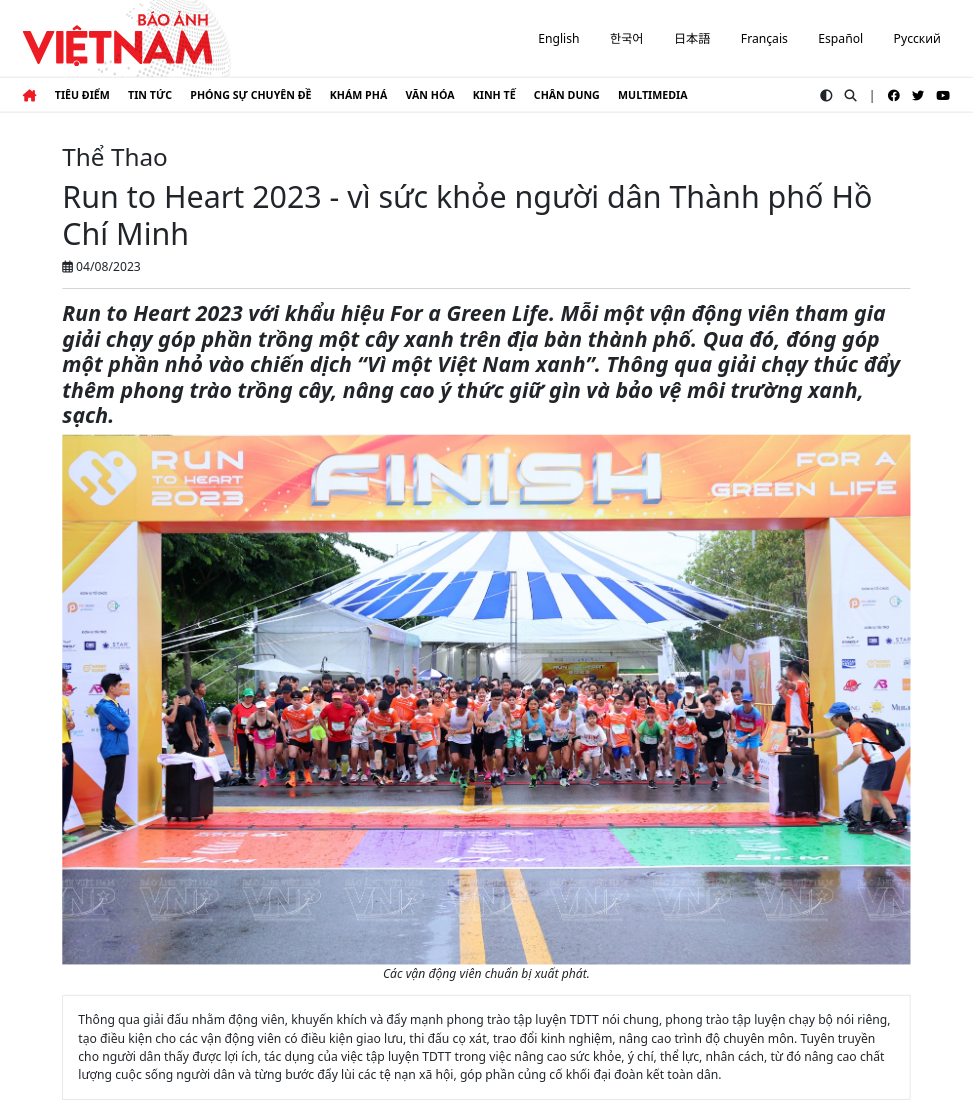
Repository: kietdotshp/webtintuc
Page: Detail.html
An editor plug-in stored every save of this project. The page is shown before and after the next save, followed by the edit.
The browser window is 1280 px wide. The pictures show the whole page, at 76% of full size.
Some web libraries are served in a nearby version.

Above is the page before, as saved 2023-08-10 16:20:50.

### Detail.html
<!DOCTYPE html>
<html lang="en">

<head>
    <title></title>
    <meta charset="UTF-8">
    <meta name="viewport" content="width=device-width, initial-scale=1">
    <link href="assets/css/detail.css" rel="stylesheet">
    <link href="https://cdn.jsdelivr.net/npm/bootstrap@5.3.1/dist/css/bootstrap.min.css" rel="stylesheet"
        integrity="sha384-4bw+/aepP/YC94hEpVNVgiZdgIC5+VKNBQNGCHeKRQN+PtmoHDEXuppvnDJzQIu9" crossorigin="anonymous">
    <link href="https://cdn.jsdelivr.net/npm/bootstrap@5.3.1/dist/css/bootstrap.min.css" rel="stylesheet"
        integrity="sha384-4bw+/aepP/YC94hEpVNVgiZdgIC5+VKNBQNGCHeKRQN+PtmoHDEXuppvnDJzQIu9" crossorigin="anonymous" />
    <script src="https://cdn.jsdelivr.net/npm/bootstrap@5.3.1/dist/js/bootstrap.bundle.min.js"></script>
    <script src="https://kit.fontawesome.com/a076d05399.js"></script>
    <link rel="stylesheet" href="https://cdnjs.cloudflare.com/ajax/libs/font-awesome/6.4.2/css/all.min.css"
        integrity="sha512-z3gLpd7yknf1YoNbCzqRKc4qyor8gaKU1qmn+CShxbuBusANI9QpRohGBreCFkKxLhei6S9CQXFEbbKuqLg0DA=="
        crossorigin="anonymous" referrerpolicy="no-referrer" />

    <link rel="stylesheet" href="https://cdnjs.cloudflare.com/ajax/libs/font-awesome/4.7.0/css/font-awesome.min.css" />
</head>

<header>
    <div class="container-custom">
        <section class="d-flex align-items-center justify-content-between">
            <!-- Web logo -->
            <figure class="web-logo">
                <img src="./assets/images/logo-vi.svg" alt="Logo" class="img-contain" />
            </figure>

            <div class="d-none d-lg-flex align-items-center gap-3">
                <a href="javascript:void(0)" class="choose-lang">English</a>
                <a href="javascript:void(0)" class="choose-lang">한국어</a>
                <a href="javascript:void(0)" class="choose-lang">日本語</a>
                <a href="javascript:void(0)" class="choose-lang">Français</a>
                <a href="javascript:void(0)" class="choose-lang">Español</a>
                <a href="javascript:void(0)" class="choose-lang">Русский</a>
            </div>

            <a class="mobile-menu d-lg-none" href="javascript:void(0)">
                <i class="fa-solid fa-bars-staggered fs-2"></i>
            </a>
        </section>
    </div>

    <div class="line-seperate-horizontal"></div>

    <div class="container-custom">
        <section class="d-flex align-items-center justify-content-between py-3 py-lg-0">
            <div class="d-flex align-items-center gap-4 gap-xxl-5">
                <a href="javascript:void(0)">
                    <i class="fa-solid fa-house-chimney color-primary"></i>
                </a>

                <div class="d-none d-lg-flex align-items-center gap-4 gap-xxl-5">
                    <a href="javascript:void(0)" class="menu-item">Tiêu điểm</a>
                    <a href="javascript:void(0)" class="menu-item">Tin tức</a>
                    <a href="javascript:void(0)" class="menu-item">Phóng sự chuyên đề</a>
                    <a href="javascript:void(0)" class="menu-item">Khám phá</a>
                    <a href="javascript:void(0)" class="menu-item">Văn hóa</a>
                    <a href="javascript:void(0)" class="menu-item">Kinh tế</a>
                    <a href="javascript:void(0)" class="menu-item">Chân dung</a>
                    <a href="javascript:void(0)" class="menu-item">Multimedia</a>
                </div>
            </div>

            <div class="d-flex align-items-center gap-3">
                <div class="d-flex align-items-center gap-3">
                    <div class="cursor-pointer">
                        <i class="fa-solid fa-circle-half-stroke"></i>
                    </div>
                    <div class="cursor-pointer">
                        <i class="fa-solid fa-magnifying-glass"></i>
                    </div>
                </div>

                <div class="d-lg-none d-xl-block">|</div>

                <div class="d-lg-none d-xl-flex align-items-center gap-3">
                    <a href="javascript:void(0)">
                        <i class="fa-brands fa-facebook-f"></i>
                    </a>
                    <a href="javascript:void(0)">
                        <i class="fa-brands fa-twitter"></i>
                    </a>
                    <a href="javascript:void(0)">
                        <i class="fa-brands fa-youtube"></i>
                    </a>
                </div>
            </div>
        </section>
    </div>
</header>
<div class="line-seperate-horizontal"></div>

<body>
    <div class="container">
        <div class="detailmenu">
            <h2>
                <link href="#" target="kiểu mở liên kết">Thể Thao</link>
            </h2>
            <h1>Run to Heart 2023 - vì sức khỏe người dân Thành phố Hồ Chí Minh</h1>
            <div class="timeline">
                <time>
                    <i class="fa-regular fa-calendar"></i>
                    04/08/2023
                </time>
            </div>
            <hr />
        </div>
        <div>
            <h3>
                <span class="title">Run to Heart 2023 với khẩu hiệu For a Green Life.
                    Mỗi một vận động viên tham gia giải chạy góp phần trồng một cây xanh trên địa bàn thành phố.
                    Qua đó, đóng góp một phần nhỏ vào chiến dịch “Vì một Việt Nam xanh”. Thông qua giải chạy thúc đẩy
                    thêm phong trào trồng cây, nâng cao ý thức giữ gìn và bảo vệ môi trường xanh, sạch.
                </span>
            </h3>
            <img src="assets/images/detail1.jpg">
            <p style="color:darkbluel;text-align:center;font-style:italic;">Các vận động viên chuẩn bị xuất phát.
            </p>
            <div class="content">Thông qua giải đấu nhằm động viên, khuyến khích và đẩy mạnh phong trào tập luyện TDTT nói chung, phong trào tập luyện chạy bộ nói riêng, tạo điều kiện cho các vận động viên có điều kiện giao lưu, thi đấu cọ xát, trao đổi kinh nghiệm, nâng cao trình độ chuyên môn.

                Tuyên truyền cho người dân thấy được lợi ích, tác dụng của việc tập luyện TDTT trong việc nâng cao sức khỏe, ý chí, thể lực, nhân cách, từ đó nâng cao chất lượng cuộc sống người dân và từng bước đẩy lùi các tệ nạn xã hội, góp phần củng cố khối đại đoàn kết toàn dân.
            </div>
        </div>

    </div>
</body>

</html>

### assets/css/detail.css
:root {
    --main-color: #333;
    --main-red-color: #ed1c24;
    --main-white-color: #fff;
    --main-blue-color-1: #b8dcf3;
    --main-blue-color-2: #467491;
    --main-grey-color-1: #666;
    --main-grey-color-2: #888;
    --main-grey-color-3: #f0f0f0;
    --main-border-color: #e0e0e0;
  }

  /* Common */
  .body {
    display: flex;
    flex-direction: column;
    min-height: 100vh;
    font-size: 16px;
    color: var(--main-color);
    font-family: 'Roboto-Regular', sans-serif;
  }

  .img-cover {
    width: 100%;
    height: 100%;
    object-fit: cover;
  }

  .img-contain {
    width: 100%;
    height: 100%;
    object-fit: contain;
  }

  img {
    max-width: 100%;
    max-height: 100%;
  }

  a {
    text-decoration: none !important;
    color: initial !important;
  }

  .color-primary {
    color: var(--main-red-color);
  }

  .cursor-pointer {
    cursor: pointer;
  }

  .container-custom {
    max-width: 1400px;
    padding-inline: 15px;
    margin: 0 auto;

    @media (min-width: 768px) {
      padding-inline: 30px;
    }
  }

  .text-line-clamp-2 {
    display: -webkit-box;
    -webkit-line-clamp: 2;
    -webkit-box-orient: vertical;
    overflow: hidden;
  }

  .text-line-clamp-3 {
    display: -webkit-box;
    -webkit-line-clamp: 3;
    -webkit-box-orient: vertical;
    overflow: hidden;
  }

  .image-padding-top {
    position: relative;
    padding-top: 56.25%;
  }

  /* Header css */
  .web-logo {
    position: relative;
    padding-block: 14px;
    margin-bottom: 0;
    width: 150px;

    @media (min-width: 992px) {
      width: 250px;
    }
  }

  .web-logo::after {
    content: '';
    background: url('../images/earth-digital.svg') no-repeat;
    width: 100%;
    height: 100%;
    opacity: 0.2;
    position: absolute;
    right: -60px;
    top: 0;
  }

  .choose-lang {
    border-radius: 9999px;
    padding: 6px 12px;
  }

  .choose-lang:hover {
    background-color: var(--main-border-color);
  }

  .line-seperate-horizontal {
    width: 100%;
    height: 1px;
    background-color: #e0e0e0;
  }

  .line-seperate-vertical {
    width: 1px;
    height: 100%;
    background-color: #e0e0e0;
    margin: 0 auto;
  }

  .menu-item {
    text-transform: uppercase;
    font-weight: 700;
    font-size: 14px;
    position: relative;
    padding-block: 12px;
    white-space: nowrap;
  }

  .menu-item::before {
    content: '';
    position: absolute;
    top: -1px;
    left: 50%;
    right: 50%;
    transform: translate(-50%, 0);
    width: 0;
    height: 2px;
    background: var(--main-red-color);
    transition: all 0.2s linear;
  }

  .menu-item:hover:before {
    width: 100%;
  }

  /* Carousel */
  .carousel-item {
    position: absolute !important;
    top: 0;
    left: 0;
    width: 100%;
    height: 100%;
  }

  .carousel-control-next,
  .carousel-control-prev {
    width: 10% !important;
  }

  .carousel-control-prev,
  .carousel-control-next {
    opacity: 0 !important;
  }

  .carousel:hover .carousel-control-prev,
  .carousel:hover .carousel-control-next {
    transition: all 0.3s linear;
    opacity: 1 !important;
  }

  /* Main */
  .content {
    border: 1px solid var(--main-border-color);
    padding: 20px;
  }

  .content-spacing {
    margin-block: 40px;
  }

  .content-title {
    display: inline-block;
    color: var(--main-red-color);
    line-height: 26px;
    font-size: 26px;
    font-weight: 600;
    margin-bottom: 20px;
  }

  .article-title {
    font-size: 22px;
    font-weight: 600;
  }

  .article-title.sub {
    font-size: 16px;
  }

  .article-category {
    text-transform: uppercase;
    font-size: 12px;
    color: var(--main-grey-color-2);
  }

  .content-ul-list {
    padding-left: 20px;
    margin-bottom: 0;
    max-height: 480px;
    overflow: auto;
  }

  .content-ul-list li::marker {
    color: var(--main-red-color);
  }

  /* Spacing */
  .mb-10px {
    margin-bottom: 10px;
  }

  .max-w-40px {
    max-width: 40px !important;
  }
  .h2{
    color: var(--main-red-color);
  }
  .detailmenu{
    margin-top: 40px;
  }
  .title{
    font-weight: 700;
    font-style:italic;
  }
  .content{
    font-size:
  }

After the next save:
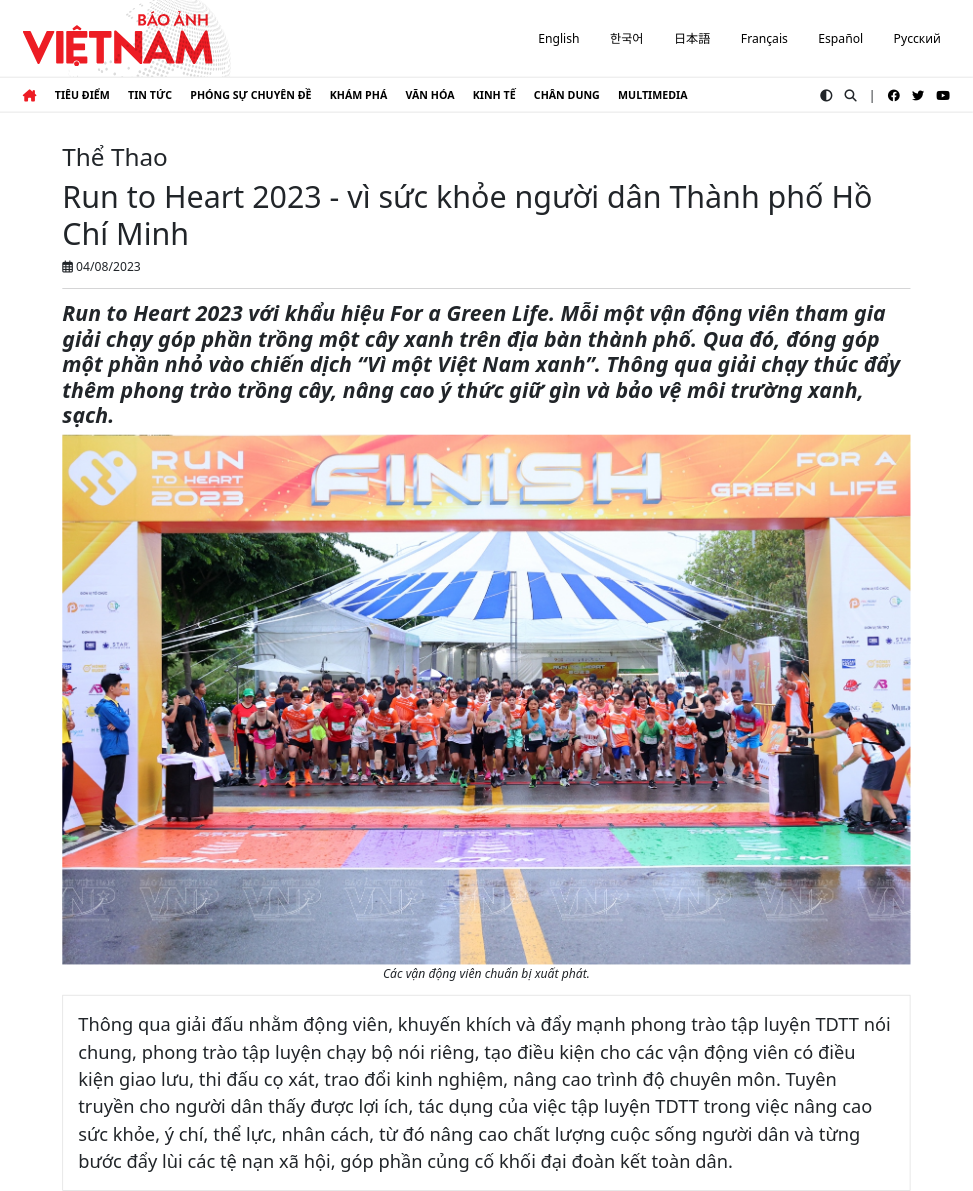
Saved 21 s later.
--- a/assets/css/detail.css
+++ b/assets/css/detail.css
@@ -239,5 +239,5 @@
     font-style:italic;
   }
   .content{
-    font-size:
-  }
+    font-size:24px;
+  }
